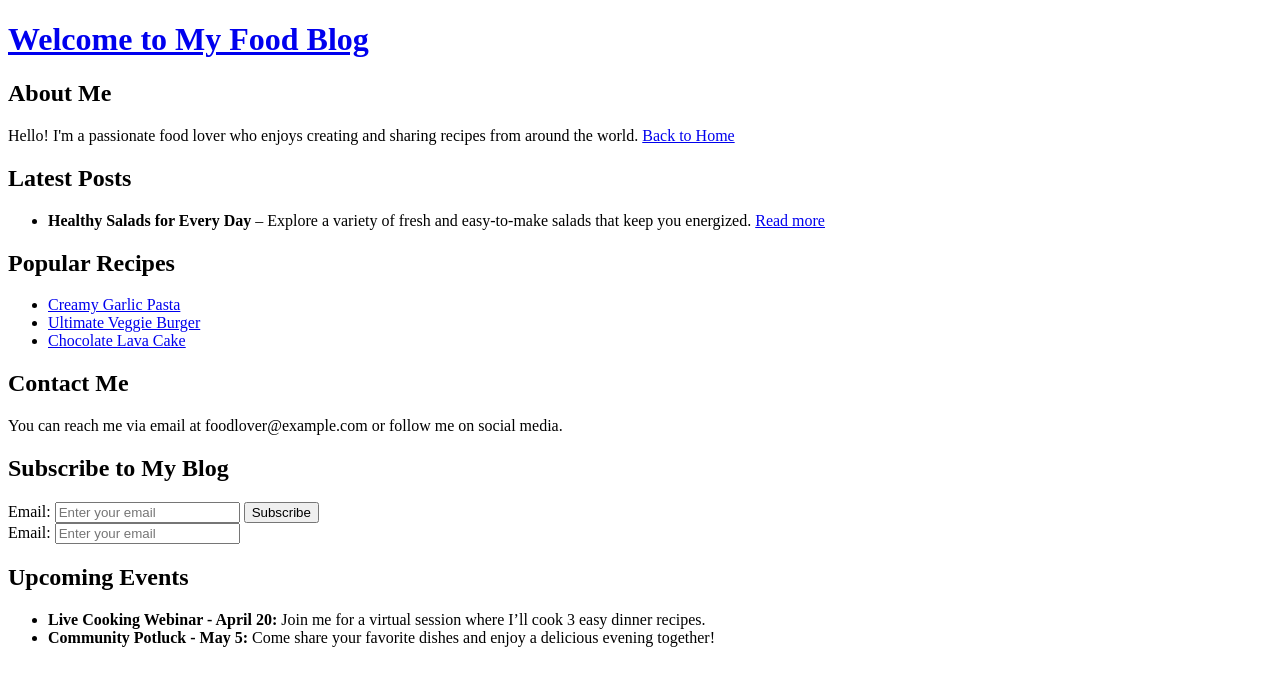
Repository: arunyerram/Web-TEChnologies
Page: lab1.html
The author's editor kept a copy of each file at every save. The page is drawn from the files as they stood at one save, then again after the next save.
The browser window is 1280 px wide. The pictures show the whole page.

Above is the page before, as saved 2025-04-10 22:50:19.

### lab1.html
<!DOCTYPE html>
<html lang="en">
<head>
  <meta charset="UTF-8">
  <title>My Food Blog</title>
</head>
<body>

  <!-- Hyper Link 1: Main Title -->
  <h1><a href="#welcome">Welcome to My Food Blog</a></h1>

  <!-- Hyper Link 2: About Me Section -->
  <h2><a name="about">About Me</a></h2>
  <p>Hello! I'm a passionate food lover who enjoys creating and sharing recipes from around the world.
     <a href="#welcome">Back to Home</a>
  </p>

  <!-- List 1: Latest Posts -->
  <h2>Latest Posts</h2>
  <ul>
    <li>
      <strong>Healthy Salads for Every Day</strong> – Explore a variety of fresh and easy-to-make salads that keep you energized.
      <a href="salad-recipes.html">Read more</a>
    </li>
  </ul>

  <!-- List 2: Popular Recipes -->
  <h2>Popular Recipes</h2>
  <ul>
    <li><a href="pasta.html">Creamy Garlic Pasta</a></li>
    <li><a href="burger.html">Ultimate Veggie Burger</a></li>
    <li><a href="dessert.html">Chocolate Lava Cake</a></li>
  </ul>

  <!-- Hyper Link 3: Contact Me -->
  <h2><a name="contact">Contact Me</a></h2>
  <p>You can reach me via email at foodlover@example.com or follow me on social media.</p>

  <!-- Hyper Link 4: Subscribe to My Blog -->
  <h2><a name="subscribe">Subscribe to My Blog</a></h2>
  <form>
    <label for="email">Email:</label>
    <input
      type="email"
      id="email"
      name="email"
      placeholder="Enter your email"
      required
    >
    <input type="submit" value="Subscribe">
  </form>

  <form>
    <label for="email">Email:</label>
    <input
      type="email"
      id="email"
      name="email"
      placeholder="Enter your email"
      required
    >
  </form>

  <!-- Requirement 2: Add a New Section - Upcoming Events -->
  <h2>Upcoming Events</h2>
  <ul>
    <li><strong>Live Cooking Webinar - April 20:</strong> Join me for a virtual session where I’ll cook 3 easy dinner recipes.</li>
    <li><strong>Community Potluck - May 5:</strong> Come share your favorite dishes and enjoy a delicious evening together!</li>
  </ul>

</body>
</html>

After the next save:
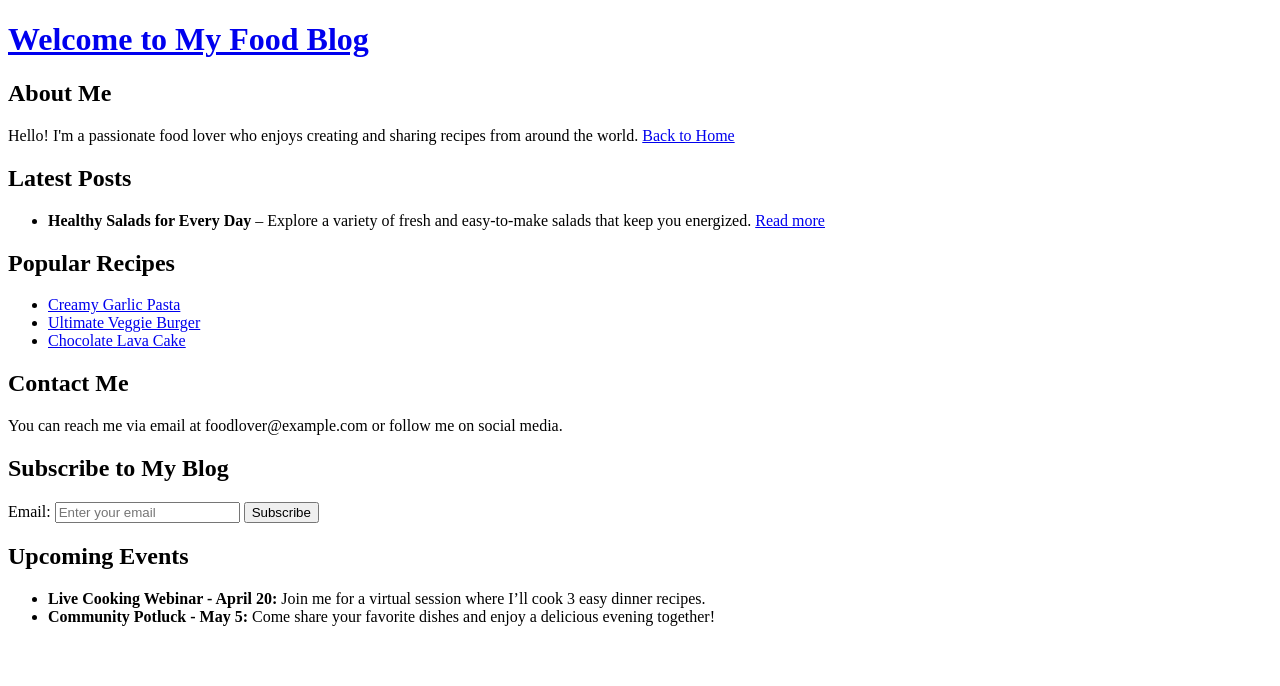
Saved 31 s later.
--- a/lab1.html
+++ b/lab1.html
@@ -50,7 +50,7 @@
     <input type="submit" value="Subscribe">
   </form>
 
-  <form>
+  <!-- <form>
     <label for="email">Email:</label>
     <input
       type="email"
@@ -59,7 +59,7 @@
       placeholder="Enter your email"
       required
     >
-  </form>
+  </form> -->
 
   <!-- Requirement 2: Add a New Section - Upcoming Events -->
   <h2>Upcoming Events</h2>
